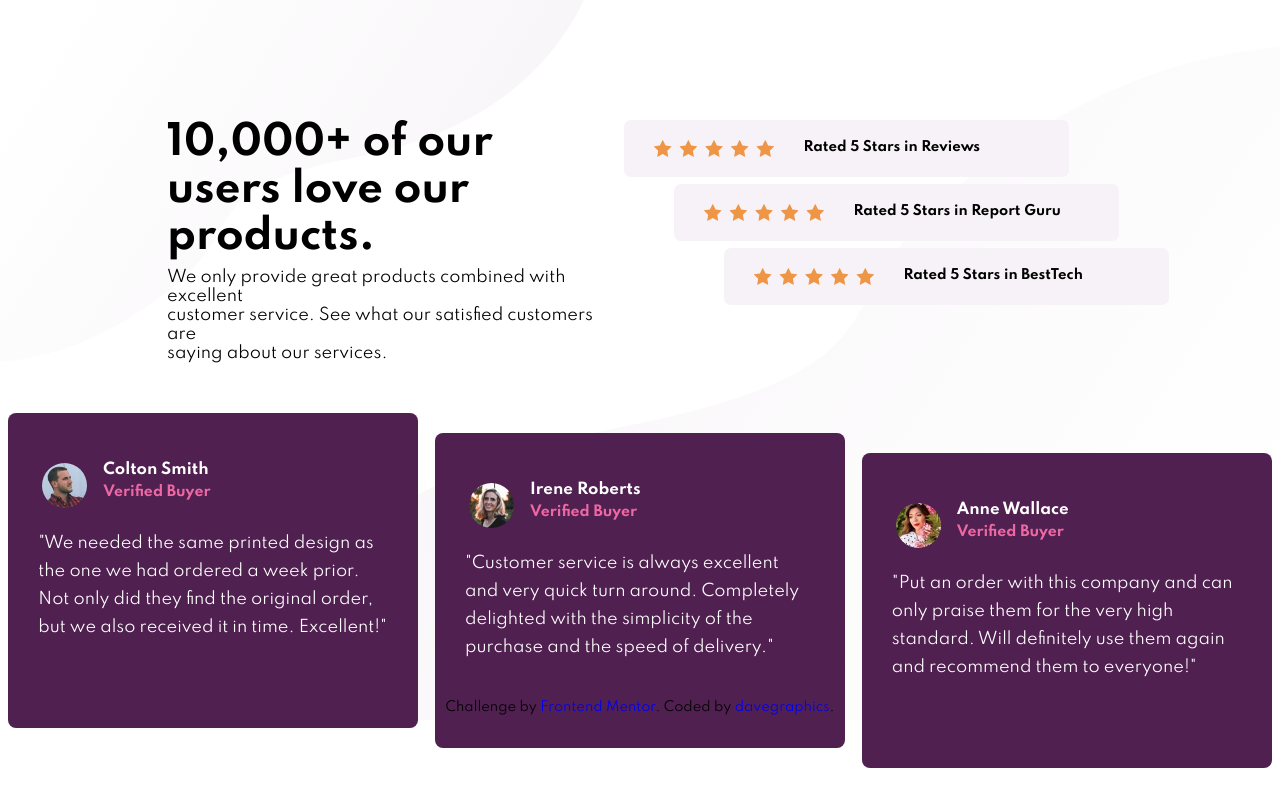
Repository: DejV44/social-proof-section-master
Page: index.html
These files come from the project's save history. The page is drawn as it stood at one moment and after the next save; the edit follows.
The browser window is 1280 px wide. The pictures show the whole page.
The style sheet was rebuilt from its Sass, Less or Tailwind sources for each picture, by a compiler version that may differ from the author's.

Above is the page before, as saved 2021-06-26 20:58:45.

### index.html
<!DOCTYPE html>

<html lang="en">
<head>
    <meta charset="UTF-8">
    <meta http-equiv="X-UA-Compatible" content="IE=edge">
    <meta name="viewport" content="width=device-width, initial-scale=1.0">
    <link rel="stylesheet" href="../css/main.css">
    <title>social-proof-section-master</title>
</head>
<body>
    <div class="size">
        <section class="main">
            <div class="titles">
                <h1 class="title">10,000+ of our <br>users love our <br>products.</h1>
                <p class="item-1">We only provide great products combined with excellent <br>customer service. See what our satisfied customers are <br>saying about our services.</p>
            </div>
            <div class="container">
                <ul>
                    <li class="item1">
                        <img src="../img/stars.svg" alt="stars">
                        <h5>Rated 5 Stars in Reviews</h5>
                    </li>
                </ul>

                <ul>
                    <li class="item2">
                        <img src="../img/stars.svg" alt="stars">
                        <h5>Rated 5 Stars in Report Guru</h5>
                    </li>
                </ul>

                <ul>
                    <li class="item3">
                        <img src="../img/stars.svg" alt="stars">
                        <h5>Rated 5 Stars in BestTech</h5>
                    </li>
                </ul>
            </div>
        </section>

        <section class="citate">
            <ul class="alfa">
                <li>
                    <div class="identy1">
                        <img src="../img/image-colton.jpg" alt="stars">
                        <div>
                            <h3>Colton Smith</h3>
                            <h4>Verified Buyer</h4>
                        </div>
                    </div>
                    <blockquote>"We needed the same printed design as the one we had ordered a week prior. Not only did they find the original order, but we also received it in time. Excellent!"</blockquote>
                </li>
            </ul>

            <ul class="beta">
                <li>
                    <div class="identy2">
                        <img src="../img/image-irene.jpg" alt="stars">
                        <div>
                            <h3>Irene Roberts</h3>
                            <h4>Verified Buyer</h4>
                        </div>
                    </div>
                    <blockquote>"Customer service is always excellent and very quick turn around. Completely delighted with the simplicity of the purchase and the speed of delivery."</blockquote>
                </li>
            </ul>

            <ul class=gama>
                <li>
                    <div class="identy3">
                        <img src="../img/image-anne.jpg" alt="stars">
                        <div>
                            <h3>Anne Wallace</h3>
                            <h4>Verified Buyer</h4>
                        </div>
                    </div>
                    <blockquote>"Put an order with this company and can only praise them for the very high standard. Will definitely use them again and recommend them to everyone!"</blockquote>
                </li>
            </ul>
        </section>
        <div class="attribution">
            Challenge by
            <a href="https://www.frontendmentor.io?ref=challenge" target="_blank"
            >Frontend Mentor</a
            >. Coded by <a href="#">davegraphics</a>.
      </div>
    </div>
</body>
</html>

### css/main.scss
@import url('https://fonts.googleapis.com/css2?family=Spartan:wght@400;500;700&display=swap');

*{
    margin: 0;
    padding: 0;

    -webkit-font-smoothing: antialiased;
    /*outline: 3px solid rgb(197, 197, 197);*/
}

:root {
    --primary-color: hsl(300, 43%, 22%);
    --soft-pink: hsl(333, 80%, 67%);
    --neutral-color: hsl(303, 10%, 53%);
    --light-color: hsl(300, 24%, 96%);
    --white: hsl(0, 0%, 100%);
}

html {
    height: 100%;
}

@media only screen and (min-width: 1250px) {

body {
    margin: 0;
    padding: 0;

    background-image: url("/img/bg-pattern-top-desktop.svg"), url("/img/bg-pattern-bottom-desktop.svg");
    background-position: top 0px left 0px, bottom 0px right 0px;
    background-repeat: no-repeat;
    background-size: inherit;
    //background: var(--white);
    font-family: 'Spartan', sans-serif;

    .size {


        .main {

            margin: 120px auto 0 167px;
            max-width: 1440px;
            max-height: 400px;
            display: grid;
            grid-template-columns: 1fr 1fr;

            .titles {

                margin-right: 20%;

                .title {
                    font-size: 40px;
                    padding-bottom: 7px;
                }
            }

            .container {


                ul {

                    li {
                        display: grid;
                        grid-template-columns: 180px 260px;
                        list-style: none;
                        text-align: left;
                        border-radius: 7px;
                        background: var(--light-color);
                        max-width: 445px;

                    }
                    .item1 {
                        margin-left: -100px;
                        margin-bottom: 7px;
                    }

                    .item2 {
                        margin-left: -50px;
                        margin-bottom: 7px;
                    }

                    img {
                        width: 120px;
                        height: 17px;
                        grid-column: 1/2;
                        padding: 20px 0 20px 30px;
                    }

                    h5 {
                        grid-column: 2/2;
                        width: 260px;
                        padding: 20px 0;

                    }
                }
            }
        }


        .citate {


            display: grid;
            grid-template-columns: 1fr 1fr 1fr;
            margin: 50px auto;
            max-width: 1440px;


            ul {

                padding: 40px 30px;

                background: var(--primary-color);
                border-radius: .5em;
                width: 350px;
                height: 235px;
                margin: 0px auto 20px auto;

                blockquote {
                        color: var(--white);
                        margin-top: 25px;
                        line-height: 28px;
                        text-align: left;

                }

                li {
                    list-style: none;

                    h3 {
                            color: var(--white);
                            margin: .5em 0 .2em 0;
                            padding-left: 20px;
                            font-size: 15px;

                        }

                        h4 {
                            color: var(--soft-pink);
                            margin: .4em 0 .2em 0;
                            padding-left: 20px;
                            font-size: 14px;

                        }

                    .identy1 {
                        grid-column: 1/3;
                        display: flex;
                        img {
                            margin-top: 6px;
                            border-radius: 5em;
                            width: 45px;
                            height: 45px;
                            position: relative;
                            top: 4px;
                            left: 4px;
                        }

                    }

                    .identy2 {
                        grid-column: 2/3;
                        display: flex;
                        img {
                            margin-top: 6px;
                            border-radius: 5em;
                            width: 45px;
                            height: 45px;
                            position: relative;
                            top: 4px;
                            left: 4px;

                        }


                    }

                    .identy3 {
                        grid-column: 3/3;
                        display: flex;
                        img {
                            margin-top: 6px;
                            border-radius: 5em;
                            width: 45px;
                            height: 45px;
                            position: relative;
                            top: 4px;
                            left: 4px;
                        }


                    }
                }

            }

            .beta {
                margin-top: 20px;
            }

            .gama {
                margin-top: 40px;
            }
        }

        .attribution {
            position: absolute;
            width: 100%;
            bottom: 0;
            text-align: center;
            font-size: 13px;
            padding-bottom: 5px;


            a {
                text-decoration: none;
                font-size: 13px;

            }


        }
    }

}
}

@media only screen and (max-width: 1250px) {
body {
    margin: 0;
    padding: 0;
    font-family: 'Spartan', sans-serif;
    background-image: url("/img/bg-pattern-top-mobile.svg"), url("/img/bg-pattern-bottom-mobile.svg");
    background-position: top 0px left 0px, bottom 0px right 0px;
    background-repeat: no-repeat;
    background-size: inherit;

    .main {
        text-align: center;
        margin: 0 auto 70px auto;




        .title {
            margin: 0 auto;
            padding: 2.5em 10% 0 10%;
            font-size: 30px;

            font-weight: 900;
            color: var(--primary-color);
            width: 250px;
            height: 105px;
        }

        p {
            padding: 10px 0;
            margin: 10px auto;
            color: var(--neutral-color);
            line-height: 1.5em;
            width: 325px;
            height: 100px;
            font-size: 14px;
        }

        .container {
            padding: .2em;
            width: 330px;
            height: 80px;
            display: inline-block;


            li {
                list-style: none;
                padding: 1em;
                margin: 1em;
                background: var(--light-color);
                border-radius: .5em;

                img {
                    padding: .3em;
                    width: 130px;
                    height: 20px;
                }

                h3 {
                    padding: .3em;
                    color: var(--primary-color);
                    font-size: 13px;
                }
            }
        }


    }







}

}

After the next save:
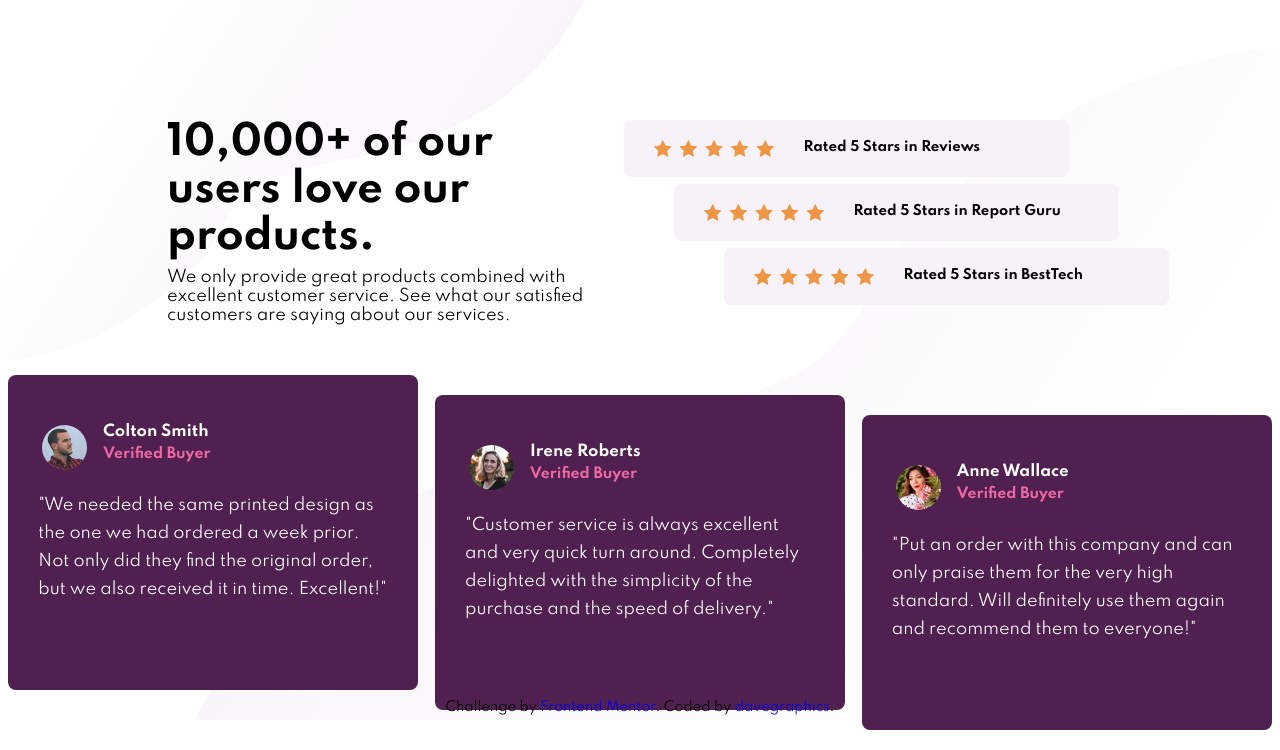
Saved 2 min 51 s later.
--- a/index.html
+++ b/index.html
@@ -13,7 +13,7 @@
         <section class="main">
             <div class="titles">
                 <h1 class="title">10,000+ of our <br>users love our <br>products.</h1>
-                <p class="item-1">We only provide great products combined with excellent <br>customer service. See what our satisfied customers are <br>saying about our services.</p>
+                <p class="item-1">We only provide great products combined with excellent customer service. See what our satisfied customers are saying about our services.</p>
             </div>
             <div class="container">
                 <ul>
